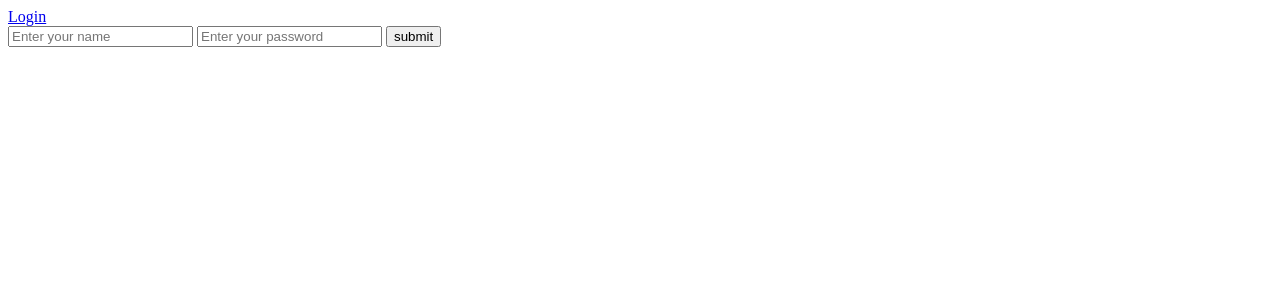
Repository: Rudra-Shiva74/JSP
Page: http://localhost/SessionCookies/
An editor plug-in stored every save of this project. The page is shown before and after the next save, followed by the edit.
The browser window is 1280 px wide. The pictures show the whole page.
The page is served by Tomcat 10.

Above is the page before, as saved 2023-09-03 14:20:18.

After the next save:
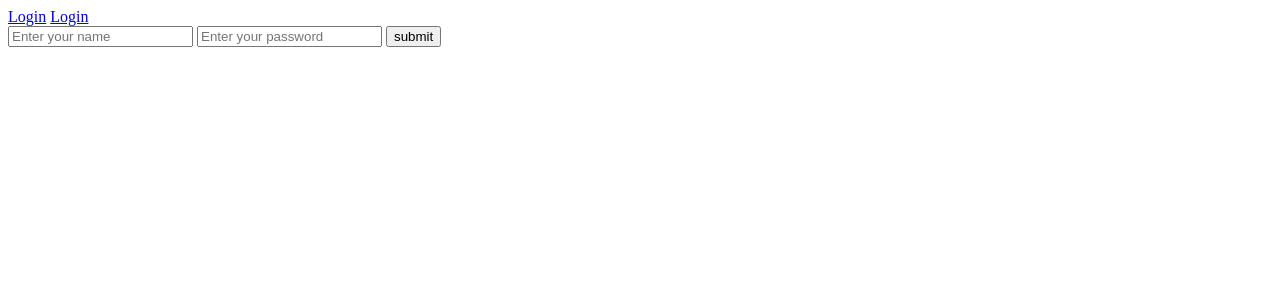
Saved 6 s later.
--- a/SessionCookies/src/main/webapp/index.jsp
+++ b/SessionCookies/src/main/webapp/index.jsp
@@ -10,6 +10,7 @@
 
 <body>
 	<a href="Login">Login</a>
+	<a href="Login">Login</a>
 	<form action="Login" method="post">
 		<input type="text" placeholder="Enter your name" name="name" /> <input
 			type="password" placeholder="Enter your password" name="password" />
